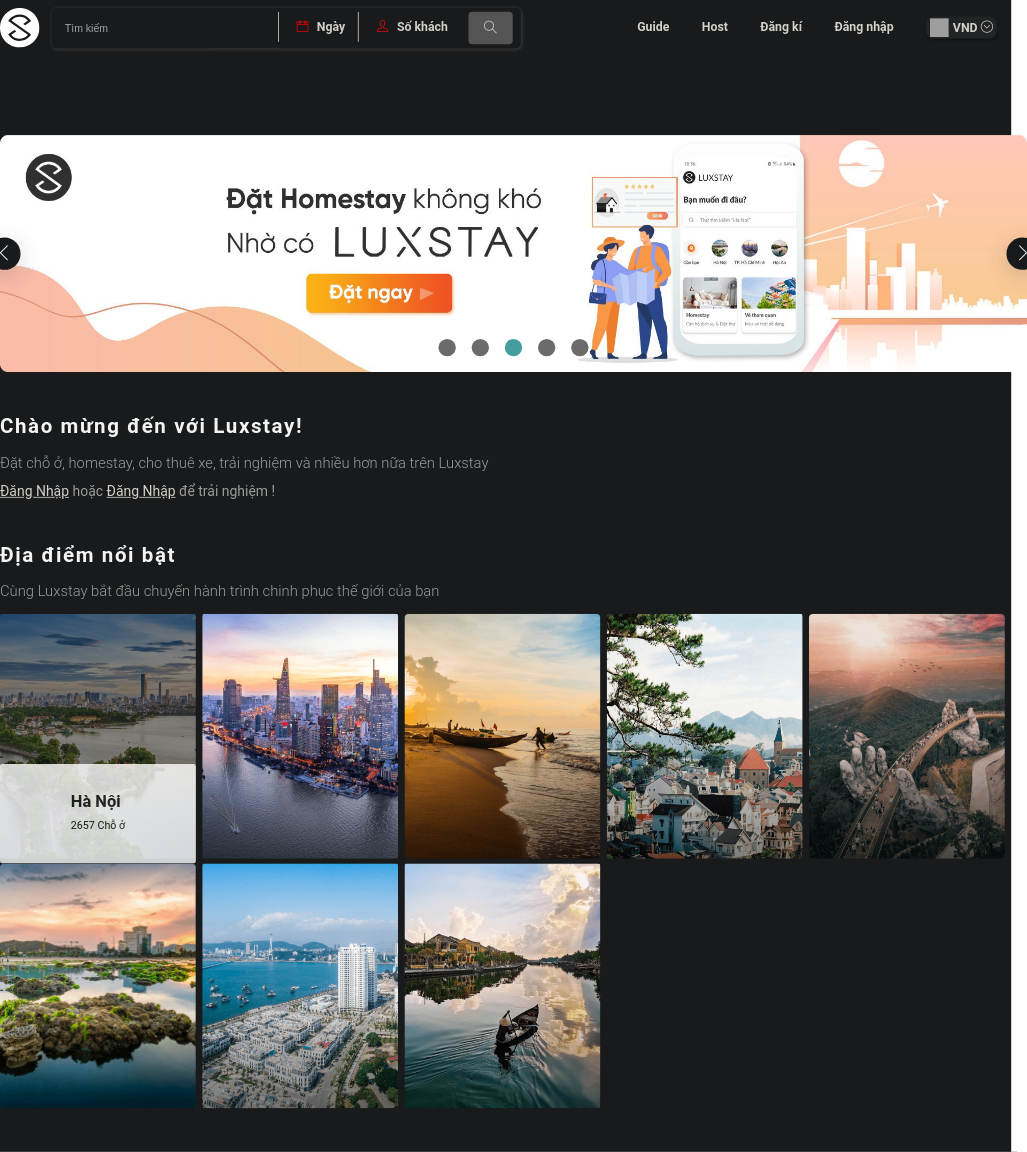
Repository: thuong22062004/Luxstay
Page: index.html
An editor plug-in stored every save of this project. The page is shown before and after the next save, followed by the edit.
The browser window is 1280 px wide. The page is 1300 px wide, so the pictures cover 1300 px, including what lies to the right of the window. The pictures show the whole page, at 79% of full size.
The pointer rests on the first visible `.img__local-item`.
Pictures or frames that could not be fetched are drawn as grey boxes.

Above is the page before, as saved 2021-11-20 21:43:37.

After the next save:
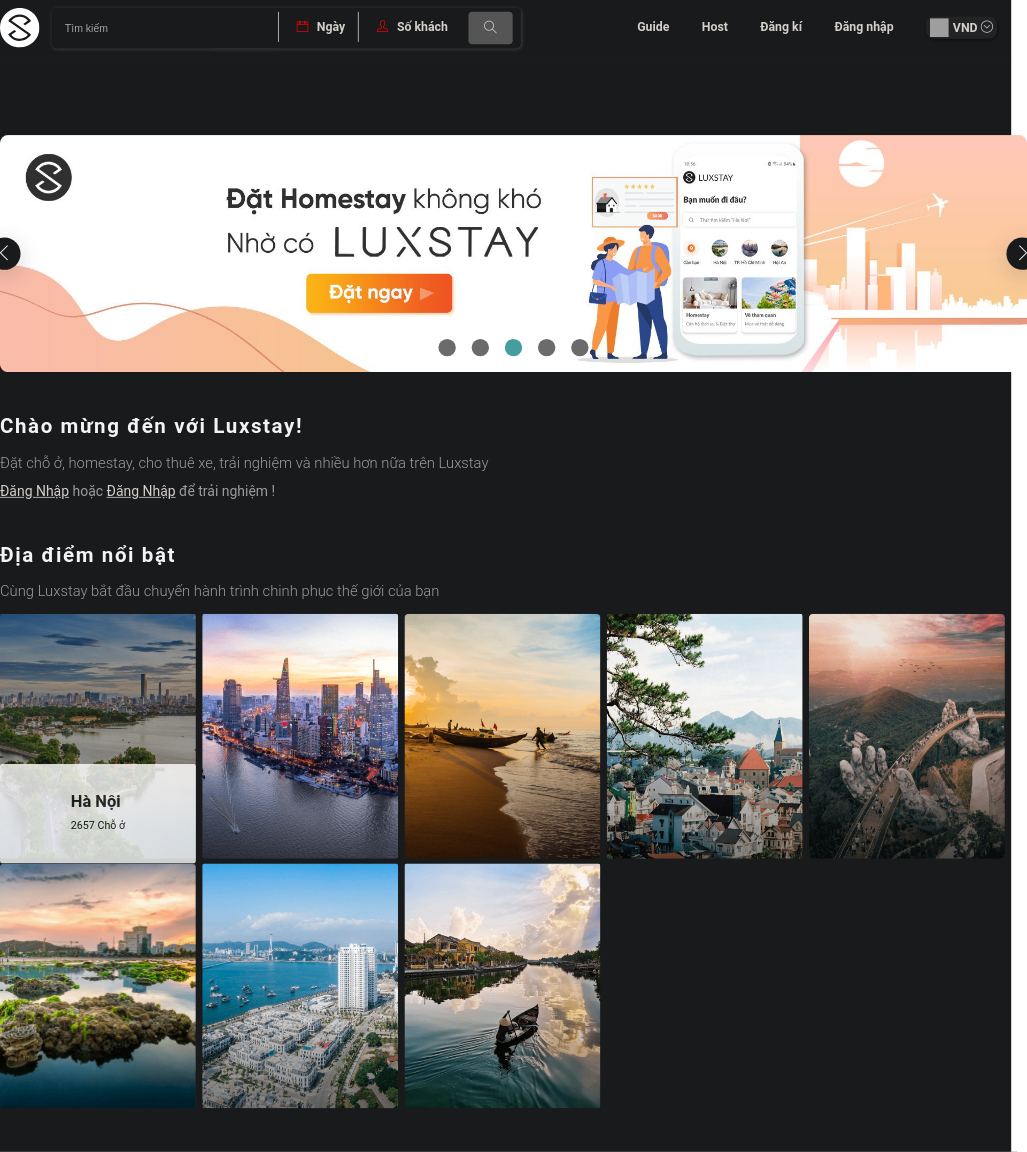
Saved 13 s later.
--- a/travel/dif.css
+++ b/travel/dif.css
@@ -369,5 +369,5 @@
     transform:translateY(0px);
 }
 .img__local-item:hover{
-    opacity: 0.5;
-}
+    opacity: 0.6;
+}
